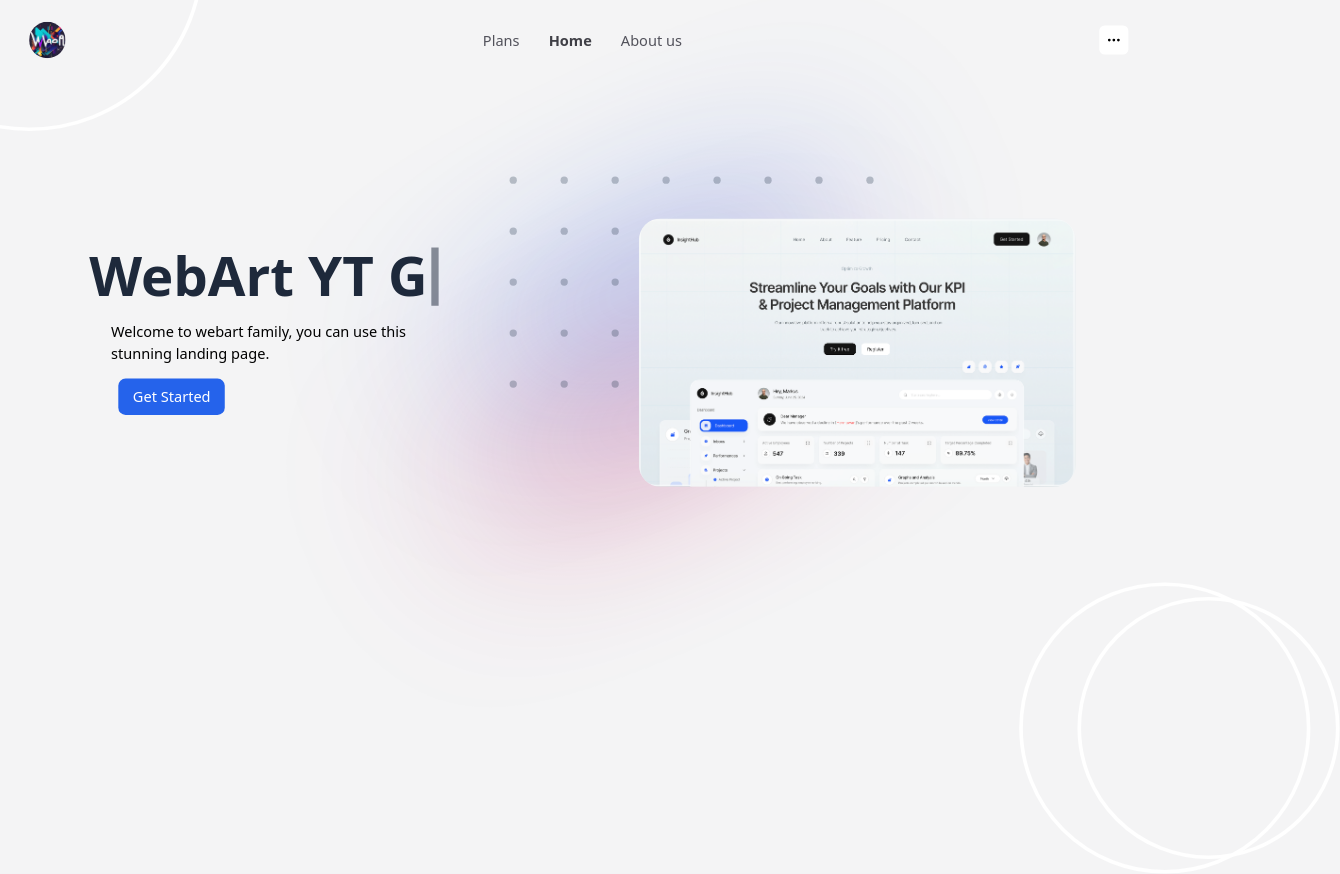
Repository: 30namp/youtube-web-art-code
Page: stunning landing page 1/index.html
The author's editor kept a copy of each file at every save. The page is drawn from the files as they stood at one save, then again after the next save.
The browser window is 1280 px wide. The page is 1472 px wide, so the pictures cover 1472 px, including what lies to the right of the window. The pictures show the whole page, at 91% of full size.

Above is the page before, as saved 2024-09-26 21:47:22.

After the next save:
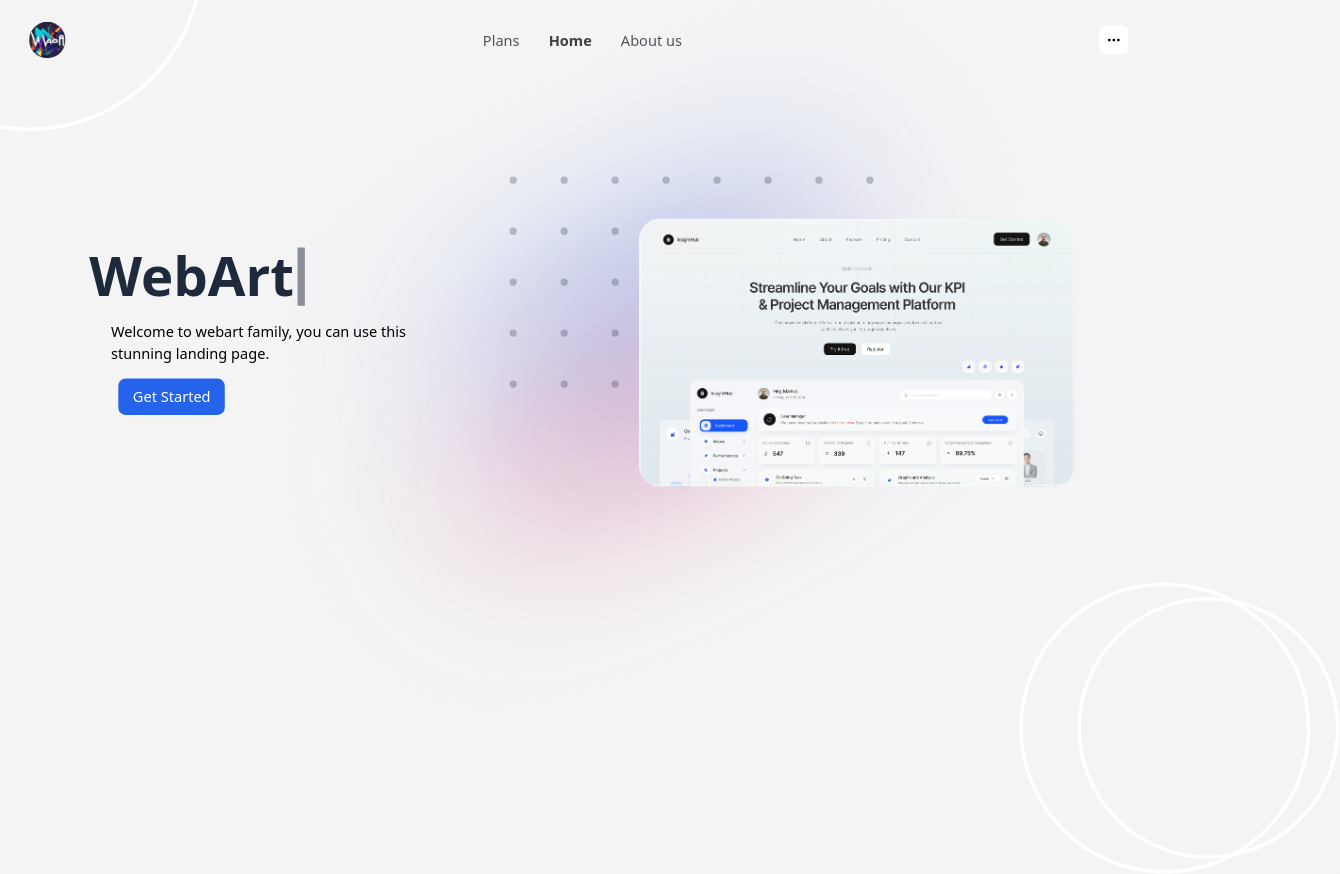
Saved 20 s later.
--- a/stunning landing page 1/index.html
+++ b/stunning landing page 1/index.html
@@ -126,7 +126,7 @@
   let direction = 1;
   setInterval(() => {
     if (counter == -1) direction = 1;
-    if (counter == textCompletter.length) direction = -1;
+    if (counter == textCompletter.length + 4) direction = -1;
 
     counter += direction;
 
